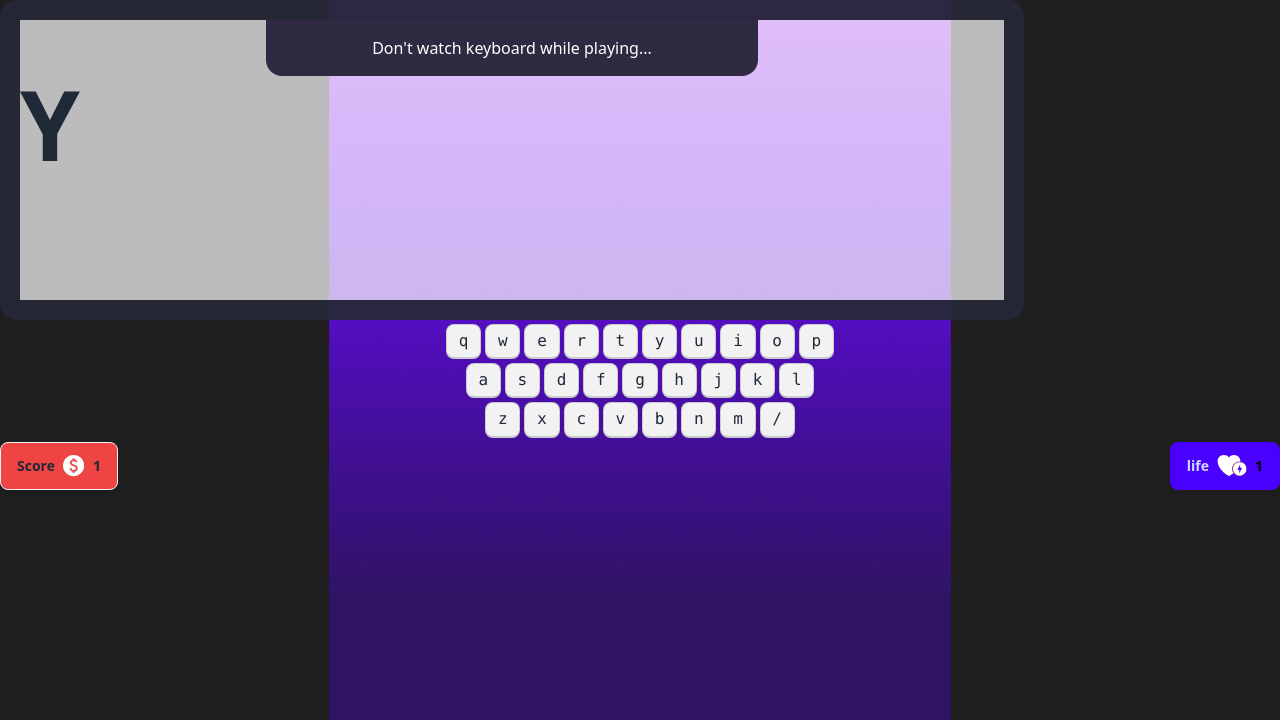
Repository: RudrasahaDibos/Alphabet-clash-
Page: index.html
These files come from the project's save history. The page is drawn as it stood at one moment and after a run of saves; the edit follows.
The browser window is 1280 px wide. The pictures show the whole page.
Some web fonts or font styles are not loaded; a fallback is used. Some web libraries are served in a nearby version.

Above is the page before, as saved 2024-11-04 12:27:44.

### index.html
<!DOCTYPE html>
<html lang="en">
    <head>
        <meta charset="UTF-8">
        <meta name="viewport" content="width=device-width, initial-scale=1.0">
        <title>Alphabet Clash</title>
        <!-- daisy apa -->
        <link
            href="https://cdn.jsdelivr.net/npm/daisyui@4.12.14/dist/full.min.css"
            rel="stylesheet" type="text/css" />
        <script src="https://cdn.tailwindcss.com"></script>

        <!-- custom css  -->
        <link rel="stylesheet" href="style.css">

    </head>
    <body>
        <main
            class="bg-[#1E1E1E] min-h-screen bg-[url(images/background.png)] bg-no-repeat bg-center ">
            <!-- home screen  start here -->
            <section class="min-h-screen flex justify-center items-center hidden">
                <div class="flex flex-col justify-center items-center gap-10 ">
                    <h1
                        class="text-white text-8xl font-extrabold anton-sc-regular uppercase ">ALPHABET
                        CLASH</h1>
                    <p class="text-white ">Unleash Your Keyboard Kung Fu : Press
                        “Enter” to Play</p>
                    <button class="btn bg-white text-black">Play Now </button>
                </div>
            </section>
            <!-- home screen end here -->
            <!-- midlle screen start here -->
            <section>
                    <!-- display screen start here -->
                    <div class="artboard artboard-horizontal phone-6 border-[20px] border-[#010313CC] bg-[#FFFFFFB3] rounded-2xl">
                          <div class="flex justify-center ">
                            <p class="text-white bg-[#2F2941] p-4 text-center rounded-b-2xl w-2/4">Don't watch keyboard  while playing...</p>
                          </div>

                          <span class="text-8xl font-extrabold text-center">Y</span>
                    </div>
                     <!-- dispaly screen end here -->

                     <!-- keyboard start here  -->
                               <div>
                                <div class="my-1 flex w-full justify-center gap-1">
                                    <kbd class="kbd">q</kbd>
                                    <kbd class="kbd">w</kbd>
                                    <kbd class="kbd">e</kbd>
                                    <kbd class="kbd">r</kbd>
                                    <kbd class="kbd">t</kbd>
                                    <kbd class="kbd">y</kbd>
                                    <kbd class="kbd">u</kbd>
                                    <kbd class="kbd">i</kbd>
                                    <kbd class="kbd">o</kbd>
                                    <kbd class="kbd">p</kbd>
                                  </div>
                                  <div class="my-1 flex w-full justify-center gap-1">
                                    <kbd class="kbd">a</kbd>
                                    <kbd class="kbd">s</kbd>
                                    <kbd class="kbd">d</kbd>
                                    <kbd class="kbd">f</kbd>
                                    <kbd class="kbd">g</kbd>
                                    <kbd class="kbd">h</kbd>
                                    <kbd class="kbd">j</kbd>
                                    <kbd class="kbd">k</kbd>
                                    <kbd class="kbd">l</kbd>
                                  </div>
                                  <div class="my-1 flex w-full justify-center gap-1">
                                    <kbd class="kbd">z</kbd>
                                    <kbd class="kbd">x</kbd>
                                    <kbd class="kbd">c</kbd>
                                    <kbd class="kbd">v</kbd>
                                    <kbd class="kbd">b</kbd>
                                    <kbd class="kbd">n</kbd>
                                    <kbd class="kbd">m</kbd>
                                    <kbd class="kbd">/</kbd>
                                  </div>
                               </div>
                      <!-- keyboard end here -->

                      <!-- life and scrore button here -->
                               <div class="flex justify-between ">
                                <button class="btn bg-red-500">
                                    Score
                                      <img src="images/love.svg" alt="">
                                      <span>1</span>
                                  </button>

                                  <button class="btn btn-primary">
                                     life
                                    <img src="images/dolar.svg" alt="">
                                    <span class="text-black">1</span>
                                  </button>
                               </div>
                      <!-- life and scrore button end here -->
            </section>
            <!-- midlle screen end here -->
             <!-- last screen start here -->
            <section>

            </section>
            <!-- last screen end here -->
        </main>
    </body>
</html>

### style.css


@import url('https://fonts.googleapis.com/css2?family=Anton+SC&family=Manrope:wght@200..800&display=swap');


.font-manrope {
    font-family: "Manrope", serif;
  }

  .anton-sc-regular {
    font-family: "Anton SC", sans-serif;
  }

After the next 2 saves:
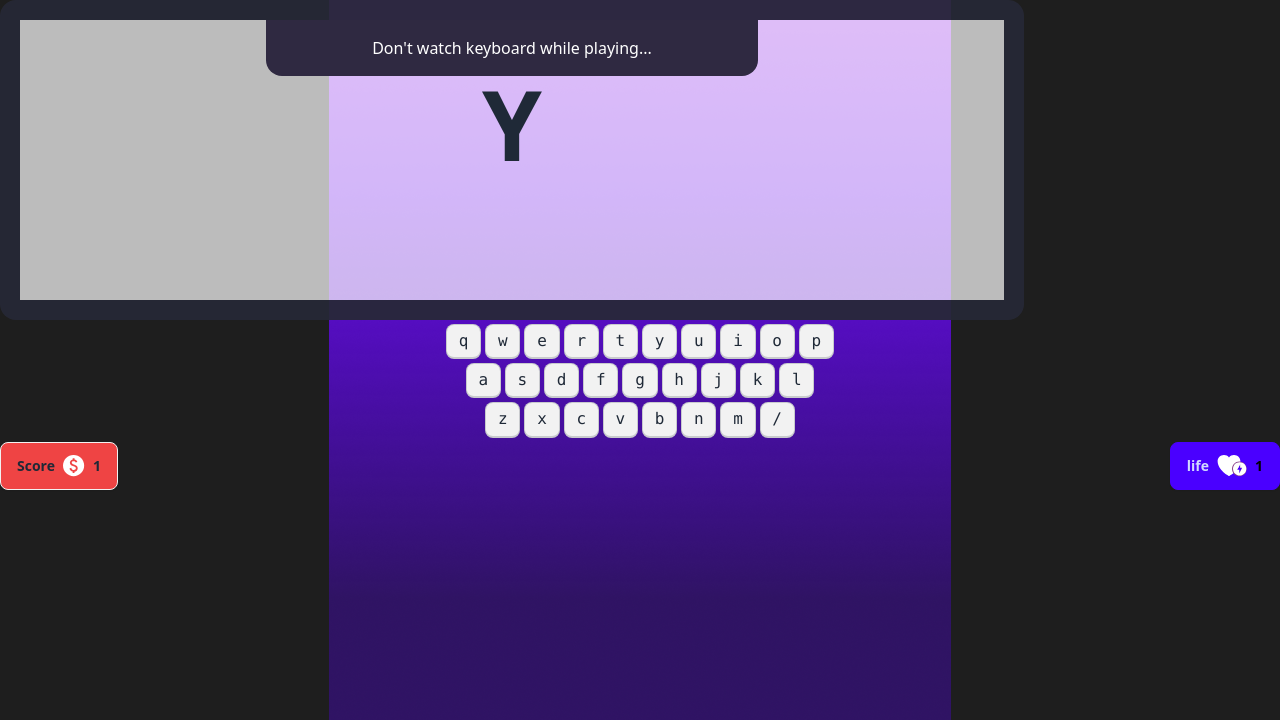
The 2 saves are shown as one change because they came seconds apart.
The last was saved 14 s later.
--- a/index.html
+++ b/index.html
@@ -37,7 +37,7 @@
                             <p class="text-white bg-[#2F2941] p-4 text-center rounded-b-2xl w-2/4">Don't watch keyboard  while playing...</p>
                           </div>
 
-                          <span class="text-8xl font-extrabold text-center">Y</span>
+                          <span class="text-8xl font-extrabold flex justify-center ">Y</span>
                     </div>
                      <!-- dispaly screen end here -->
 
